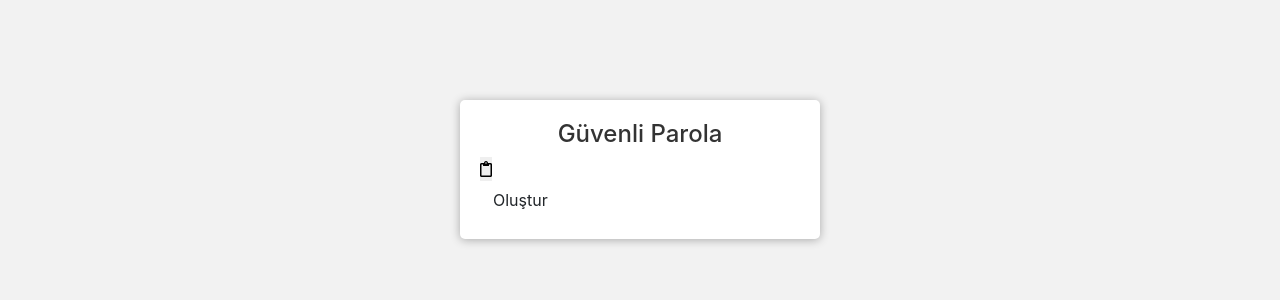
Repository: DogukanSAVA/SecurityKey
Page: index.html
An editor plug-in stored every save of this project. The page is shown before and after a run of saves, followed by the edit.
The browser window is 1280 px wide. The pictures show the whole page.
Some web libraries are served in a nearby version.

Above is the page before, as saved 2021-09-20 13:51:02.

After the next 13 saves:
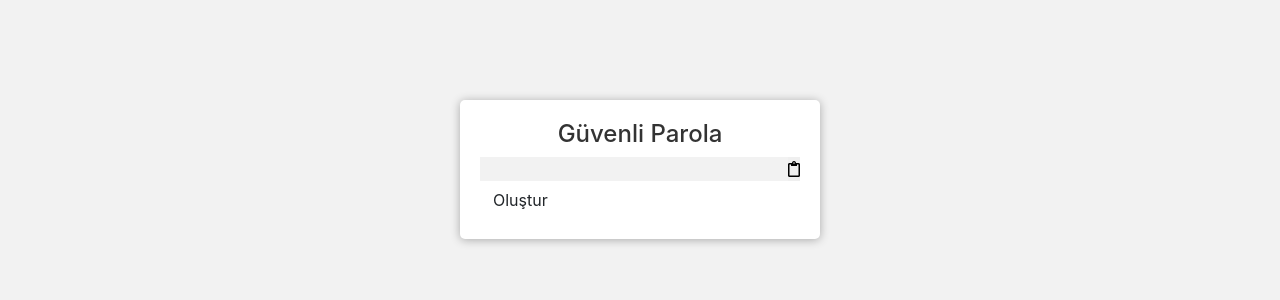
The 13 saves are shown as one change because they came seconds apart.
The last was saved 29 s later.
--- a/style.css
+++ b/style.css
@@ -27,4 +27,8 @@
   text-align: center;
 }
 
-.res
+.result{display: flex;
+flex-direction: row;
+align-items: center;
+justify-content: space-between;
+background-color: #f2f2f2;}
